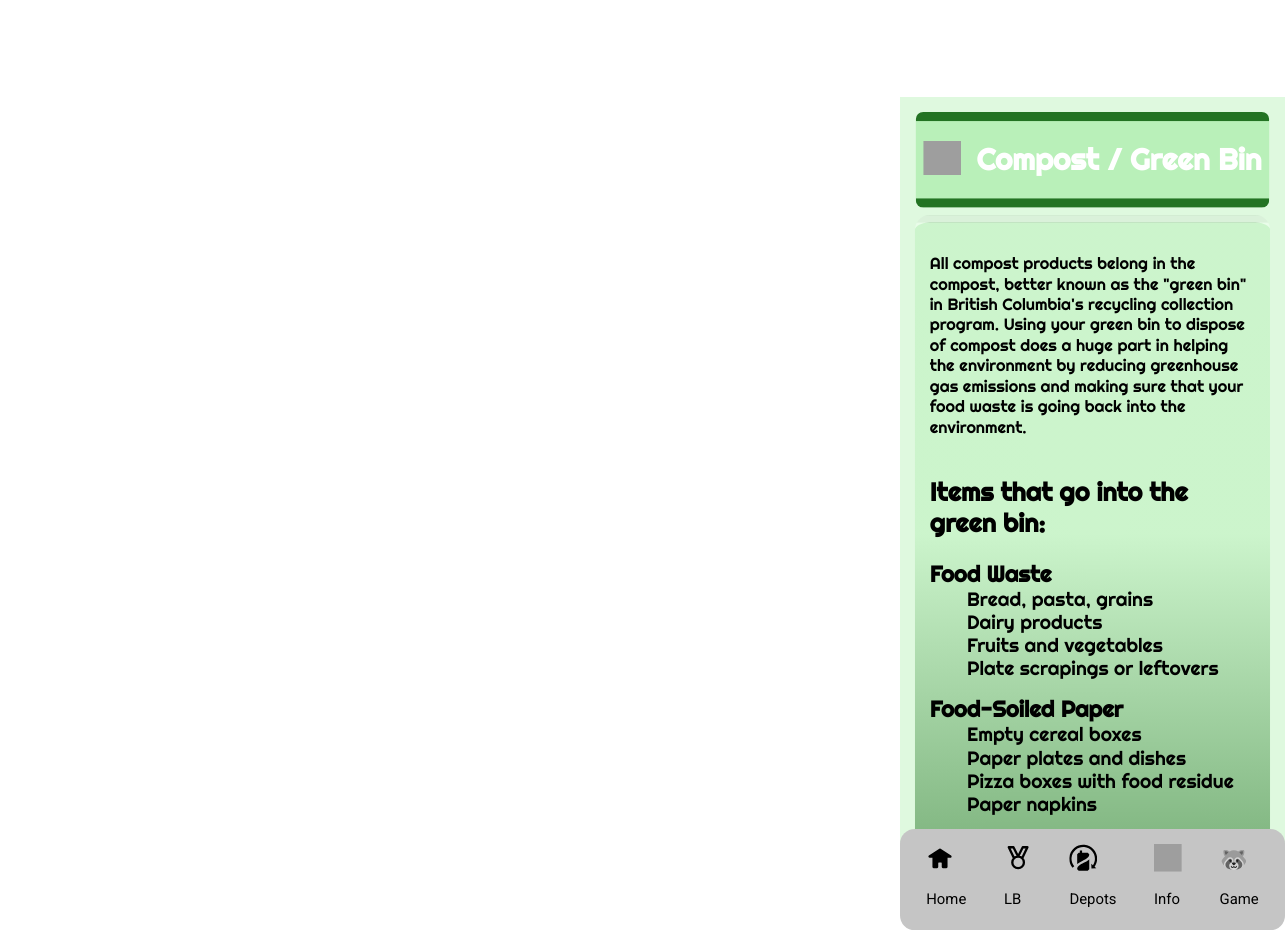
Repository: alemunden/Trash-Scavengers
Page: /InfoCompost
These files come from the project's save history. The page is drawn as it stood at one moment and after the next save; the edit follows.
The browser window is 1280 px wide. The page is 1382 px wide, so the pictures cover 1382 px, including what lies to the right of the window. The pictures show the whole page, at 93% of full size.
Pictures or frames that could not be fetched are drawn as grey boxes. The project was rebuilt for these pictures with package versions that can differ from the ones it lists, and the page was loaded fresh each time. The framework's server and built-in components were replaced by stand-ins that run in the browser. Also part of the build but not shown: next.config.mjs.

Above is the page before, as saved 2024-05-09 11:58:13.

After the next save:
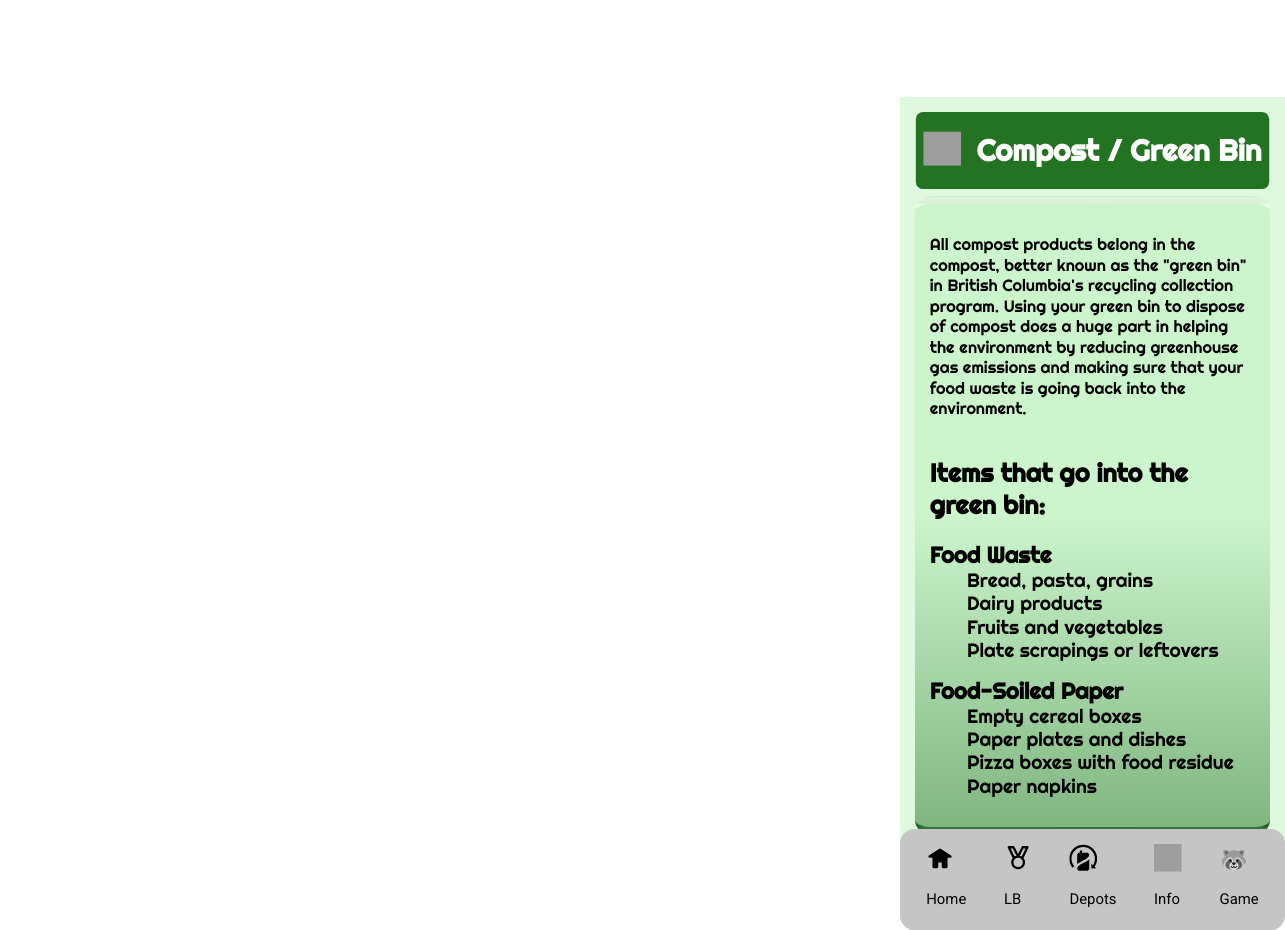
Saved 20 s later.
--- a/styles/InfoCompost.module.css
+++ b/styles/InfoCompost.module.css
@@ -17,11 +17,9 @@
     justify-content: space-between;
     align-items: center;
     gap: 1rem;
-    background-color: rgb(185, 240, 185);
+    background-color: rgb(35, 115, 35);
     padding: 0 0.5rem 0 0.5rem ;
     border-radius: 0.5rem;
-    border-bottom: 10px solid rgb(35, 115, 35);
-    border-top: 10px solid rgb(35, 115, 35);
     margin-bottom: 0.5rem;
     margin-top: 1rem;
     color: var(--white);
